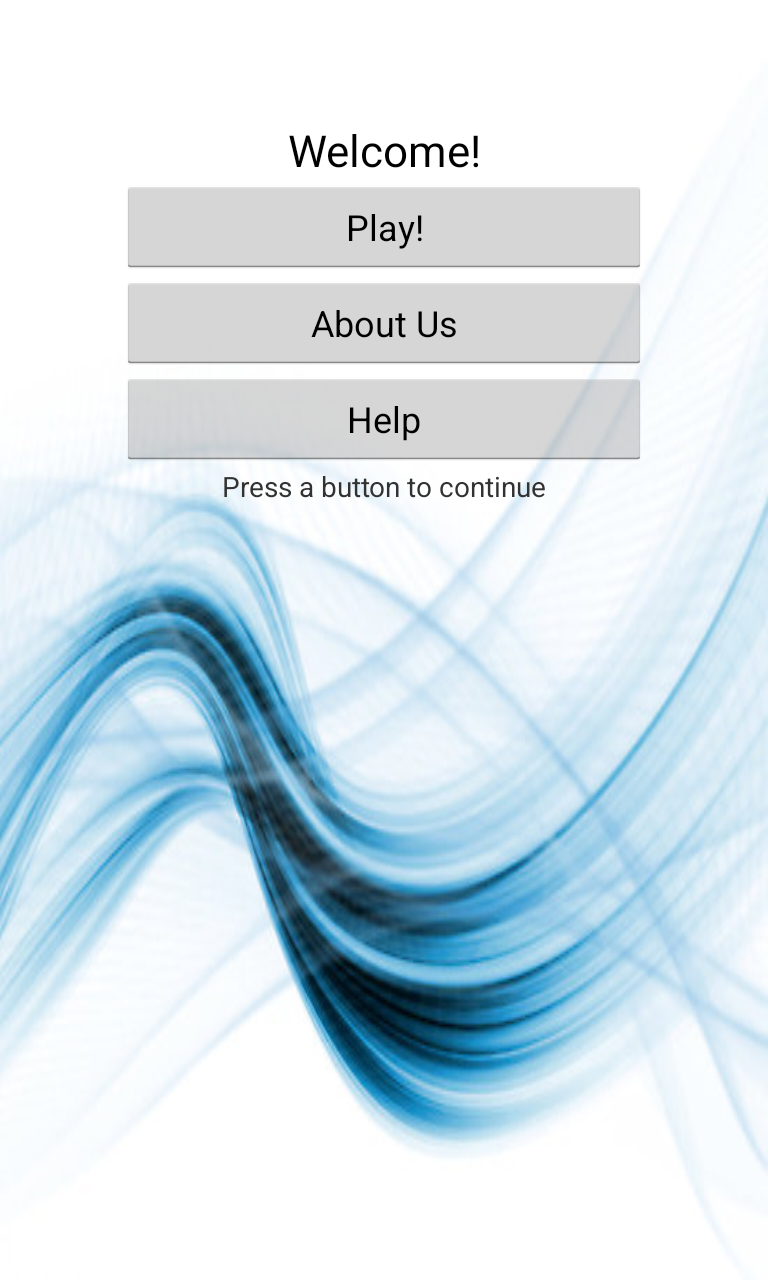
Repository: AGNT/Mobile_application_SU13
Layout: android/Locate/res/layout/activity_menu.xml
These files come from the project's save history. The layout is drawn as it stood at one moment and after the next save; the edit follows.
It is drawn on a 768 x 1280 px phone screen (xhdpi) without system bars, with theme AppTheme; the app's code is not run.

Above is the layout before, as saved 2013-08-10 08:35:48.

After the next save:
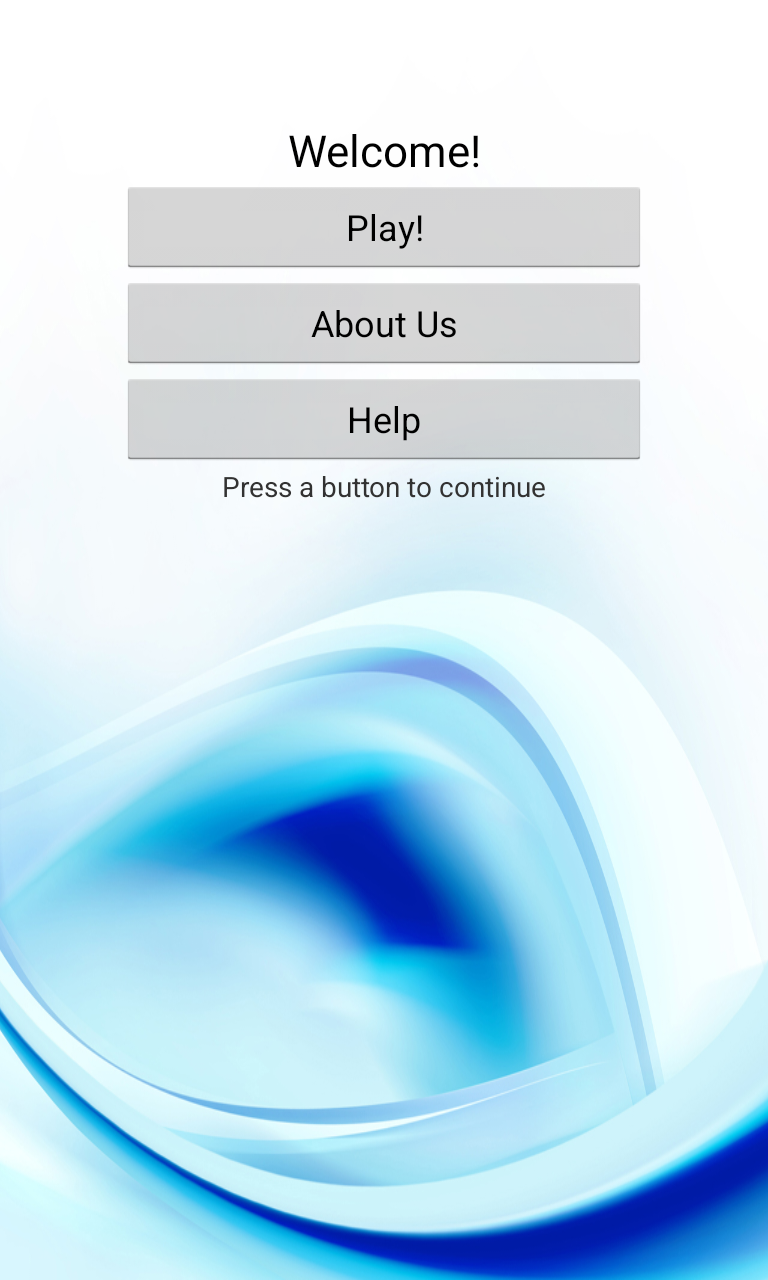
Saved 6 s later.
--- a/android/Locate/res/layout/activity_menu.xml
+++ b/android/Locate/res/layout/activity_menu.xml
@@ -9,7 +9,7 @@
     android:paddingRight="@dimen/activity_horizontal_margin"
     android:paddingTop="@dimen/activity_vertical_margin"
     tools:context=".Menu"
-    android:background="@drawable/pattern3" >
+    android:background="@drawable/pattern4" >
 
     <TextView
         android:id="@+id/textView1"
